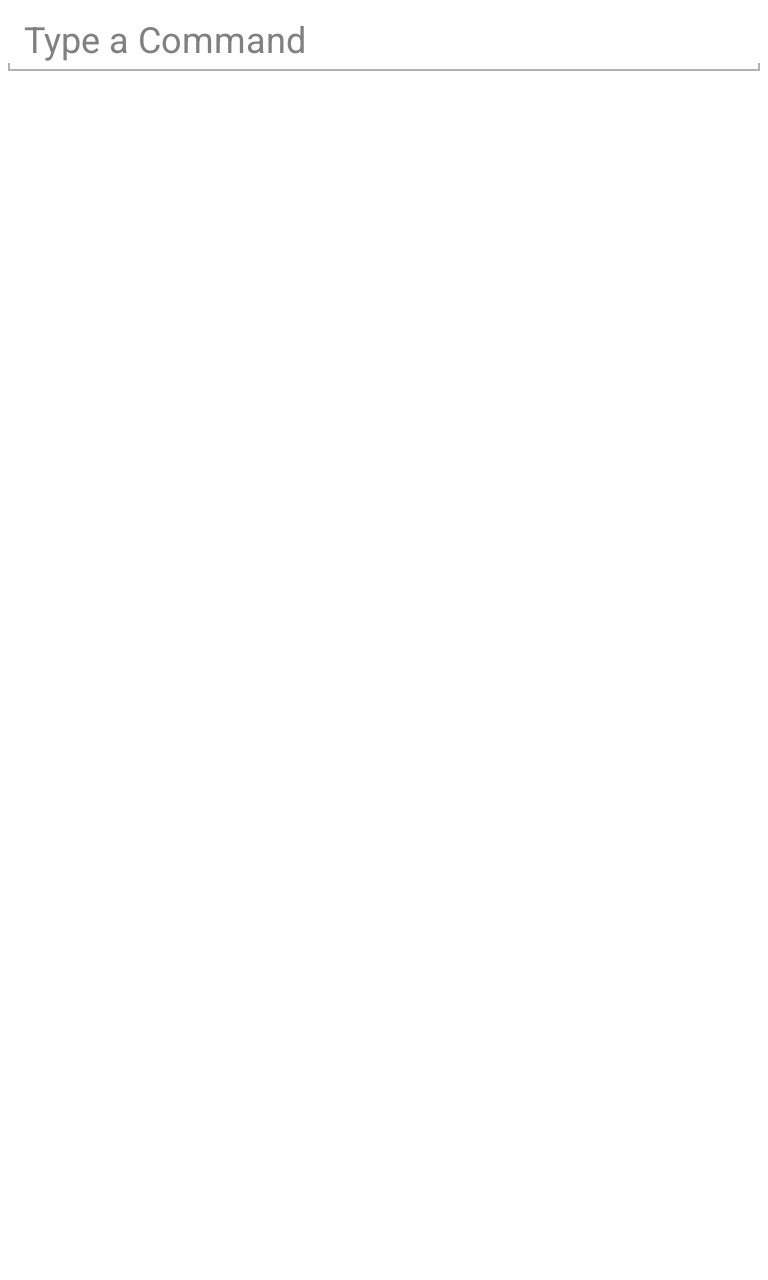
Repository: lcbasu/android
Layout: adt/TheNewBoston/res/layout/text.xml
An editor plug-in stored every save of this project. The layout is shown before and after the next save, followed by the edit.
It is drawn on a 768 x 1280 px phone screen (xhdpi) without system bars, with theme AppTheme; the app's code is not run.

Above is the layout before, as saved 2014-05-19 05:47:37.

After the next save:
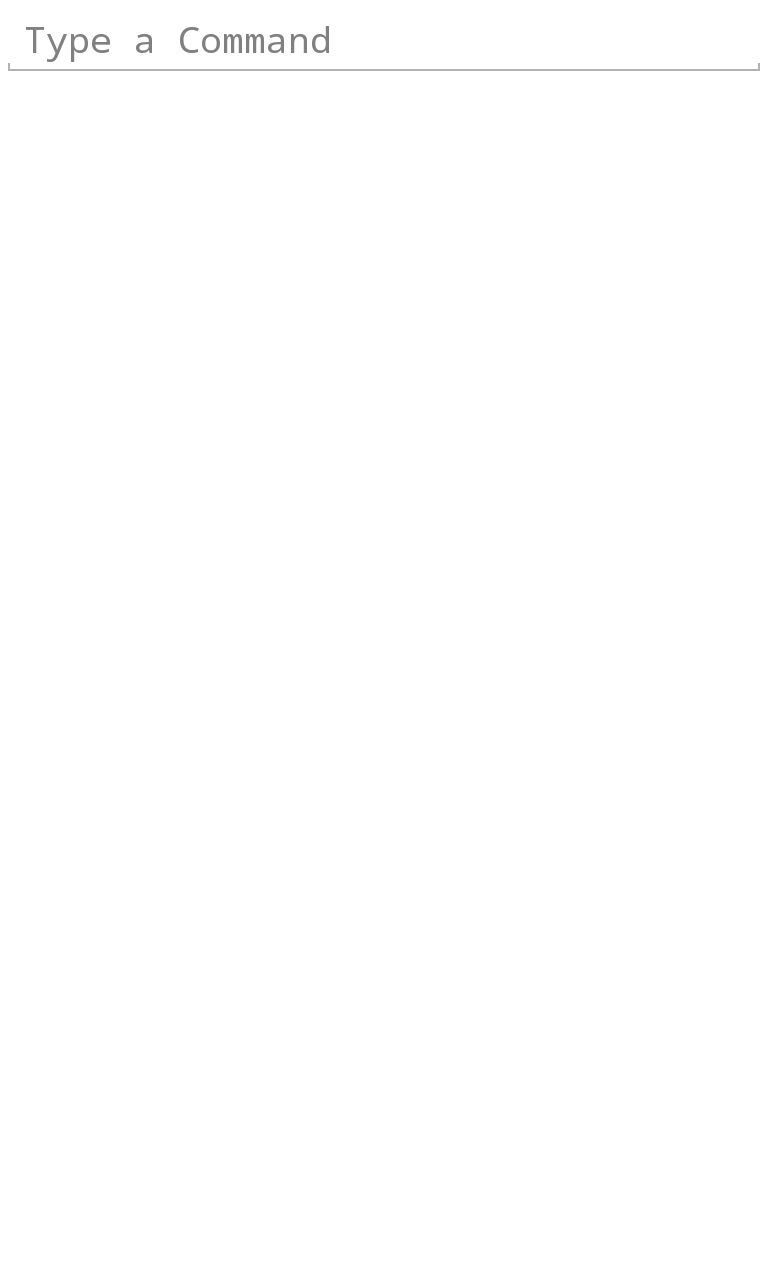
Saved 80 s later.
--- a/adt/TheNewBoston/res/layout/text.xml
+++ b/adt/TheNewBoston/res/layout/text.xml
@@ -9,6 +9,7 @@
         android:layout_height="wrap_content"
         android:id="@+id/etCommands"
         android:hint="Type a Command"
+        android:password="true"
         />
 
 </LinearLayout>
